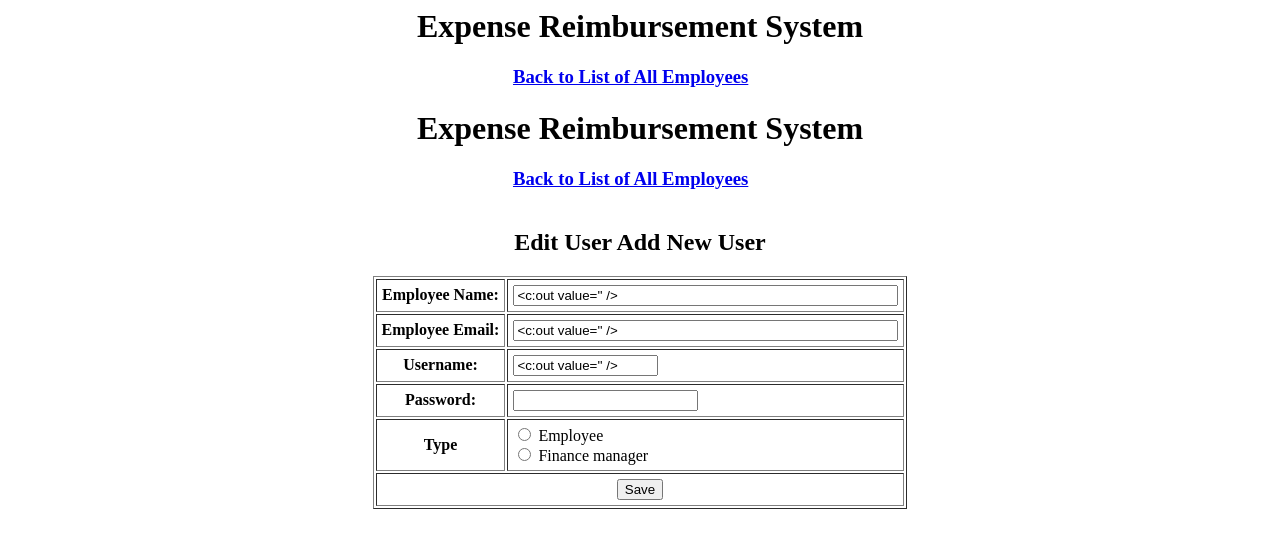
Repository: CCunningham0/project1
Page: http://localhost/reimbursement/employee-form.jsp
The author's editor kept a copy of each file at every save. The page is drawn from the files as they stood at one save, then again after the next save.
The browser window is 1280 px wide. The pictures show the whole page.
The page is served by Tomcat 10. Other server files are loaded and not shown. The template is opened directly, without the code that normally fills it, so the values that code supplies are empty.

Above is the page before, as saved 2021-09-07 01:47:23.

### reimbursement/src/main/webapp/employee-form.jsp
<html>
<head>
<meta charset="UTF-8">
<title>Expense Reimbursement System</title>

<script type="text/javascript" language="javascript" src="https://code.jquery.com/jquery-3.5.1.js"></script>
<script type="text/javascript">

	$(document).ready(function() {
	$("div#form1").append(
	// Creating Form Div and Adding <h2> and <p> Paragraph Tag in it.
	$("<h3/>").text("Contact Form"), $("<p/>").text("This is my form. Please fill it out. It's awesome!"), $("<form/>", {
	action: '#',method: '#' }).append(
	// Create <form> Tag and Appending in HTML Div form1.
	$("<input/>", {type: 'text',id: 'vname', name: 'name',placeholder: 'Your Name'
	}),
	// Creating Input Element With Attribute.
	$("<input/>", {type: 'text',id: 'vemail', name: 'email',placeholder: 'Your Email'
	}),
	$("<textarea/>", {
	rows: '5px',
	cols: '27px',
	type: 'text',
	id: 'vmsg',
	name: 'msg',
	placeholder: 'Message'
	}), $("<br/>"),
	$("<input/>", {type: 'submit',id: 'submit',value: 'Submit'
	})))
	});

	</script>

	</head>
	 <center>
  <h1>Expense Reimbursement System</h1>
        <h3>
         <a href="employee-list.jsp">Back to List of All Employees</a>
         &nbsp;&nbsp;&nbsp;
         <!-- <a href="list">List All Employee</a> -->

        </h3>
 </center>
<body>





 <center>
  <h1>Expense Reimbursement System</h1>
        <h3>
         <a href="employee-list.jsp">Back to List of All Employees</a>
         &nbsp;&nbsp;&nbsp;
         <!-- <a href="list">List All Employee</a> -->

        </h3>
 </center>

    <div align="center">
  <c:if test="${employee != null}">
   <form action="update" method="post">
        </c:if>
        <c:if test="${employee == null}">
    </div>
 <center>
  <div>
   <form action="adde" method="post">
        </c:if>
        <table border="1" cellpadding="5">
            <caption>
             <h2>
              <c:if test="${employee != null}">
               Edit User
              </c:if>
              <c:if test="${employee == null}">
               Add New User
              </c:if>
             </h2>
            </caption>
          <c:if test="${employee != null}">
           <input type="hidden" name="id" value="<c:out value='${employee.id}' />" />
          </c:if>
            <tr>
                <th>Employee Name: </th>
                <td>
                 <input type="text" name="name" size="45"
                   value="<c:out value='${employee.name}' />"
                  />
                </td>
            </tr>
            <tr>
                <th>Employee Email: </th>
                <td>
                 <input type="text" name="email" size="45"
                   value="<c:out value='${employee.email}' />"
                 />
                </td>
            </tr>
            <tr>
                <th>Username: </th>
                <td>
                 <input type="text" name="username" size="15"
                   value="<c:out value='${employee.username}' />"
                 />
                </td>
            </tr>
            <tr>
                <th>Password: </th>
                <td>
                 <input type="number" name="password" size="15"
                   value="<c:out value='${employee.password}' />"
                 />
                </td>
            </tr>
            <tr>
                <th>Type </th>
                <td>
				  <input type="radio" id="emp" name="hr" value="Employee">
				  <label for="emp">Employee</label>
				  <br>
				  <input type="radio" id="manager" name="hr" value="Finance manager">
				  <label for="manager">Finance manager</label>
                </td>
            </tr>
            <tr>
             <td colspan="2" align="center">
              <input type="submit" value="Save" />
             </td>
            </tr>
        </table>
        </form>
    </div>
  </center>

</body>

After the next save:
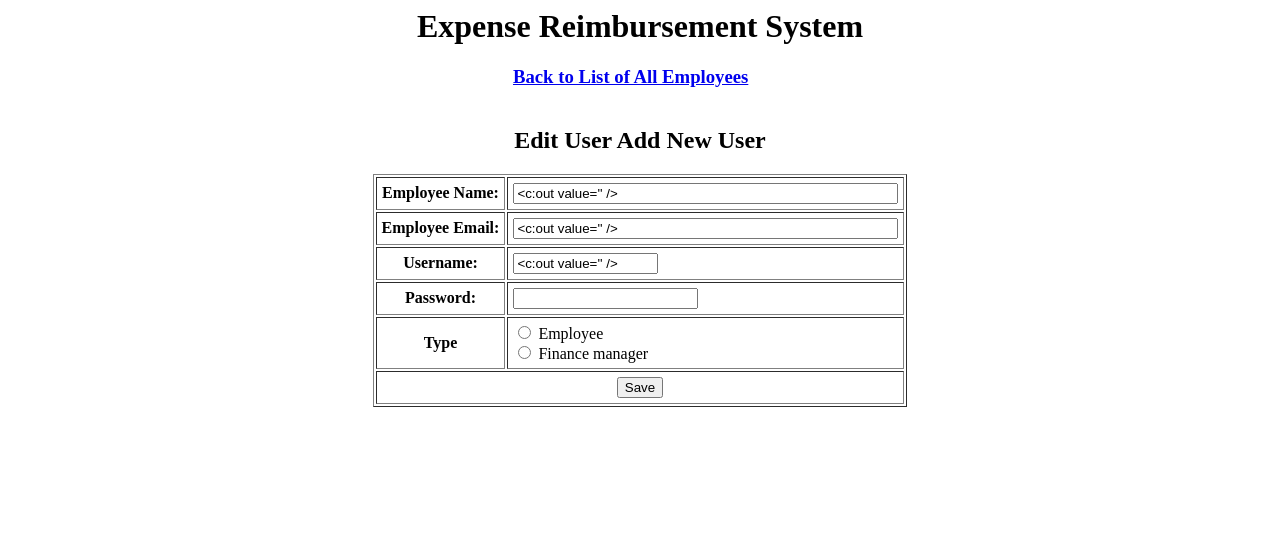
Saved 92 s later.
--- a/reimbursement/src/main/webapp/employee-form.jsp
+++ b/reimbursement/src/main/webapp/employee-form.jsp
@@ -43,19 +43,6 @@
  </center>
 <body>
 
-
-
-
-
- <center>
-  <h1>Expense Reimbursement System</h1>
-        <h3>
-         <a href="employee-list.jsp">Back to List of All Employees</a>
-         &nbsp;&nbsp;&nbsp;
-         <!-- <a href="list">List All Employee</a> -->
-
-        </h3>
- </center>
 
     <div align="center">
   <c:if test="${employee != null}">
